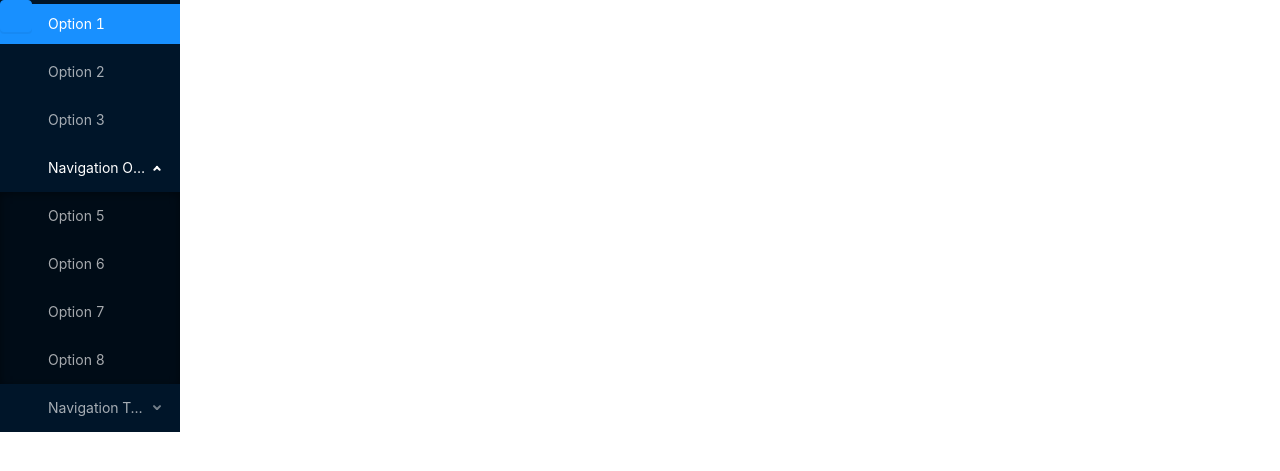
Repository: Ysleave/mall-app
Page: /
An editor plug-in stored every save of this project. The page is shown before and after the next save, followed by the edit.
The browser window is 1280 px wide. The pictures show the whole page.
The project was rebuilt for these pictures with package versions that can differ from the ones it lists, and the page was loaded fresh each time.

Above is the page before, as saved 2021-01-15 17:13:16.

After the next save:
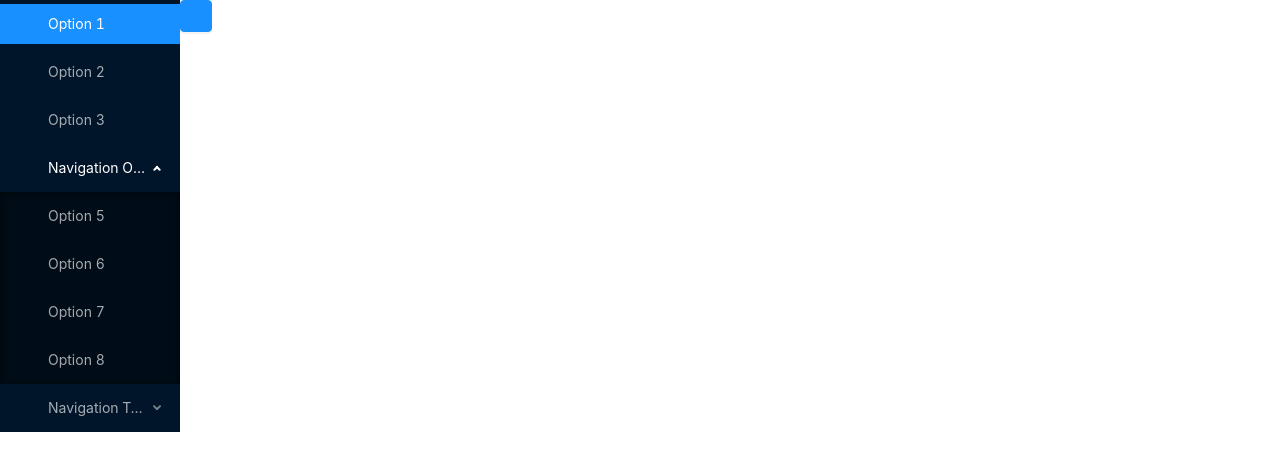
Saved 10 s later.
--- a/src/views/home.vue
+++ b/src/views/home.vue
@@ -49,6 +49,6 @@ mounted() {
      }
    }
    .mainContentWrapper{
-     margim-left:180px
+     margin-left:180px
    }
 </style>
